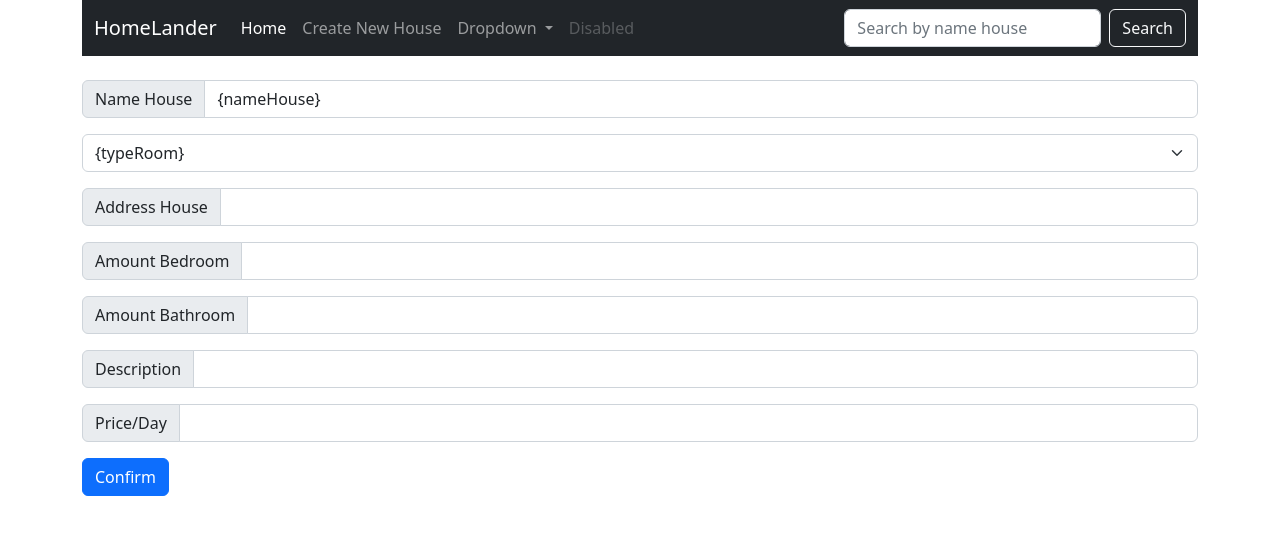
Repository: nguyenhung50497/MD3_caseStudy
Page: src/views/editHouse.html
The author's editor kept a copy of each file at every save. The page is drawn from the files as they stood at one save, then again after a run of saves.
The browser window is 1280 px wide. The pictures show the whole page.

Above is the page before, as saved 2023-01-03 10:50:00.

After the next 5 saves:
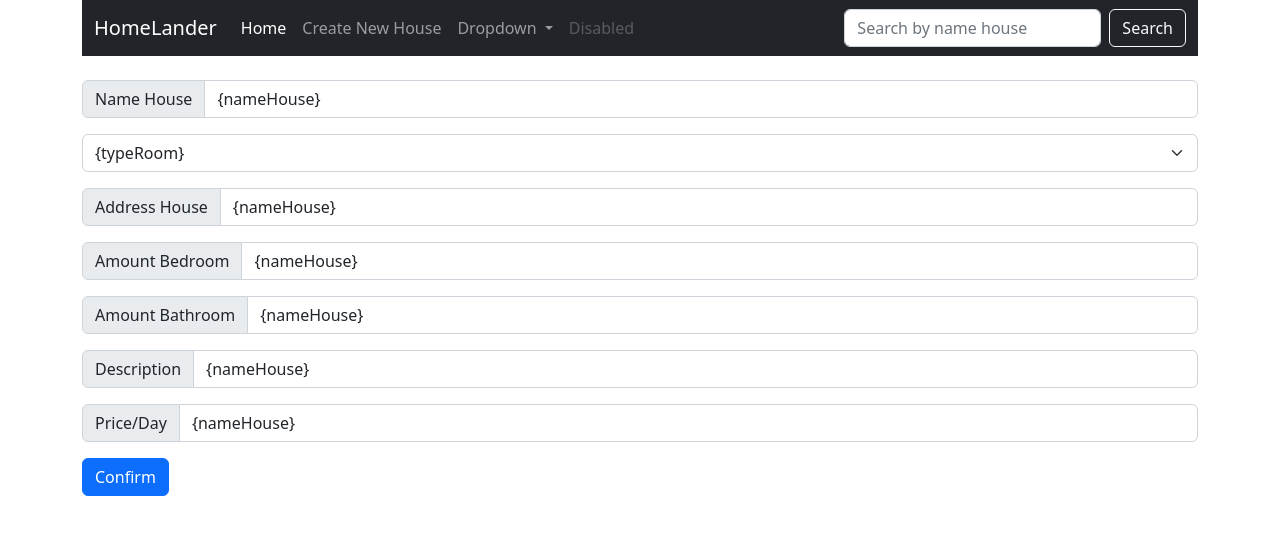
The 5 saves are shown as one change because they came seconds apart.
The last was saved 24 s later.
--- a/src/views/editHouse.html
+++ b/src/views/editHouse.html
@@ -62,23 +62,23 @@
         </div>
         <div class="input-group mb-3">
             <span class="input-group-text" id="inputGroup-sizing-default">Address House</span>
-            <input type="text" name="addressHouse" class="form-control" aria-label="Sizing example input" aria-describedby="inputGroup-sizing-default">
+            <input type="text" name="addressHouse" value="{nameHouse}" class="form-control" aria-label="Sizing example input" aria-describedby="inputGroup-sizing-default">
         </div>
         <div class="input-group mb-3">
             <span class="input-group-text" id="inputGroup-sizing-default">Amount Bedroom</span>
-            <input type="text" name="amountBedroom" class="form-control" aria-label="Sizing example input" aria-describedby="inputGroup-sizing-default">
+            <input type="text" name="amountBedroom" value="{nameHouse}" class="form-control" aria-label="Sizing example input" aria-describedby="inputGroup-sizing-default">
         </div>
         <div class="input-group mb-3">
             <span class="input-group-text" id="inputGroup-sizing-default">Amount Bathroom</span>
-            <input type="text" name="amountBathroom" class="form-control" aria-label="Sizing example input" aria-describedby="inputGroup-sizing-default">
+            <input type="text" name="amountBathroom" value="{nameHouse}" class="form-control" aria-label="Sizing example input" aria-describedby="inputGroup-sizing-default">
         </div>
         <div class="input-group mb-3">
             <span class="input-group-text" id="inputGroup-sizing-default">Description</span>
-            <input type="text" name="description" class="form-control" aria-label="Sizing example input" aria-describedby="inputGroup-sizing-default">
+            <input type="text" name="description" value="{nameHouse}" class="form-control" aria-label="Sizing example input" aria-describedby="inputGroup-sizing-default">
           </div>
         <div class="input-group mb-3">
           <span class="input-group-text" id="inputGroup-sizing-default">Price/Day</span>
-          <input type="text" name="pricePerDay" class="form-control" aria-label="Sizing example input" aria-describedby="inputGroup-sizing-default">
+          <input type="text" name="pricePerDay" value="{nameHouse}" class="form-control" aria-label="Sizing example input" aria-describedby="inputGroup-sizing-default">
         </div>
         <button type="button" class="btn btn-primary" data-bs-toggle="modal" data-bs-target="#updateImage">Confirm</button>
         <div class="modal fade" id="updateImage" data-bs-backdrop="static" data-bs-keyboard="false" tabindex="-1" aria-labelledby="staticBackdropLabel" aria-hidden="true">
